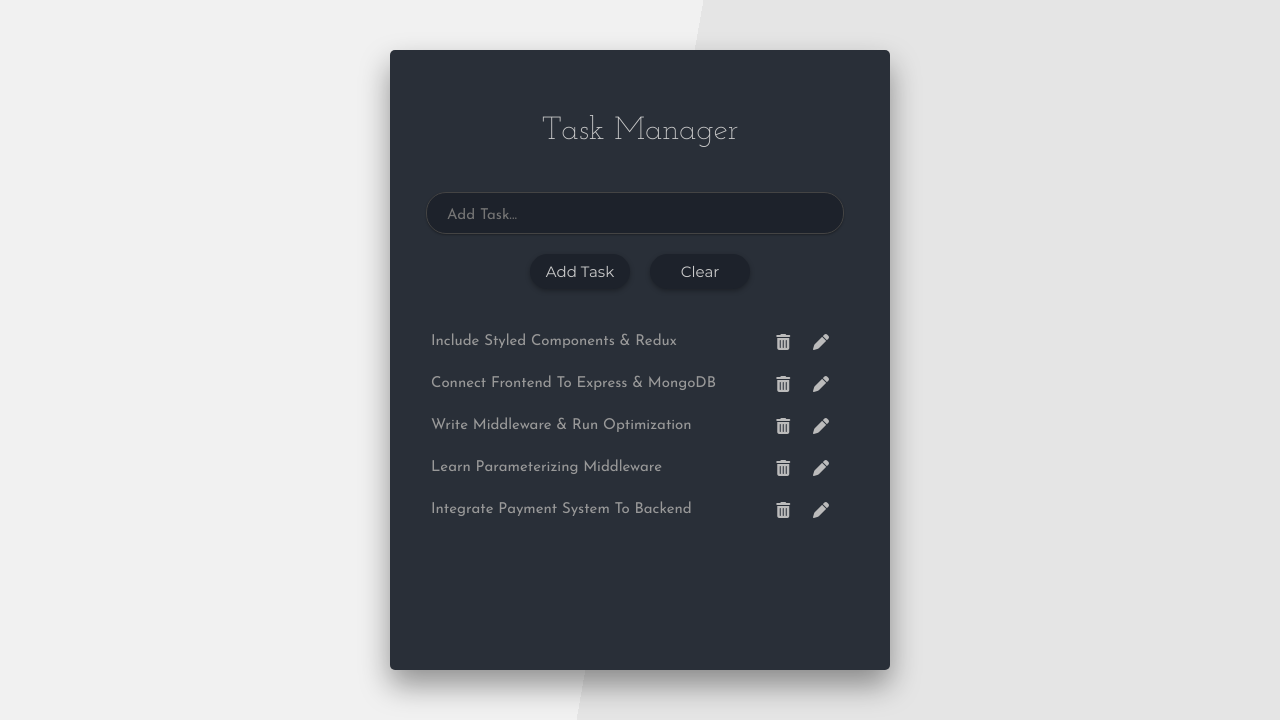
Repository: Kol124/react-task-manager
Page: /
The author's editor kept a copy of each file at every save. The page is drawn from the files as they stood at one save, then again after the next save.
The browser window is 1280 px wide. The pictures show the whole page.
Some web libraries are served in a nearby version. The project was rebuilt for these pictures with package versions that can differ from the ones it lists, and the page was loaded fresh each time.

Above is the page before, as saved 2021-06-23 12:52:45.

### public/index.html
<!DOCTYPE html>
<html lang="en">
  <head>
    <meta charset="utf-8" />
    <link rel="icon" href="%PUBLIC_URL%/favicon.ico" />
    <meta name="viewport" content="width=device-width, initial-scale=1" />
    <meta name="theme-color" content="#000000" />
    <meta
      name="description"
      content="Web site created using create-react-app"
    />
    <link rel="apple-touch-icon" href="%PUBLIC_URL%/logo192.png" />
    <!--
      manifest.json provides metadata used when your web app is installed on a
      user's mobile device or desktop. See https://developers.google.com/web/fundamentals/web-app-manifest/
    -->
    <link rel="manifest" href="%PUBLIC_URL%/manifest.json" />
    <!--
      Notice the use of %PUBLIC_URL% in the tags above.
      It will be replaced with the URL of the `public` folder during the build.
      Only files inside the `public` folder can be referenced from the HTML.

      Unlike "/favicon.ico" or "favicon.ico", "%PUBLIC_URL%/favicon.ico" will
      work correctly both with client-side routing and a non-root public URL.
      Learn how to configure a non-root public URL by running `npm run build`.
    -->
    <title>React App</title>
  </head>
  <body>
    <noscript>You need to enable JavaScript to run this app.</noscript>
    <div id="root"></div>
    <!--
      This HTML file is a template.
      If you open it directly in the browser, you will see an empty page.

      You can add webfonts, meta tags, or analytics to this file.
      The build step will place the bundled scripts into the <body> tag.

      To begin the development, run `npm start` or `yarn start`.
      To create a production bundle, use `npm run build` or `yarn build`.
    -->
  </body>
  <script
    src="https://kit.fontawesome.com/0a37ebcd2b.js"
    crossorigin="anonymous"
  ></script>
</html>

### src/App.js
import "./App.css";
import React from "react";
import Header from "./components/Header";
import TaskForm from "./components/TaskForm";
import TaskList from "./components/TaskList";
import TaskContextProvider from "./context/TaskContext";

function App() {
  return (
    <TaskContextProvider>
      <div className="container">
        <div className="app-wrapper">
          <Header />
          <div className="main">
            <TaskForm />
            <TaskList />
          </div>
        </div>
      </div>
    </TaskContextProvider>
  );
}

export default App;

### src/App.css
@import url("fonts.css");

* {
  margin: 0;
  padding: 0;
  box-sizing: inherit;
}

html {
  box-sizing: border-box;
  font-size: 62.5%;
}

.container {
  width: 100%;
  height: 100vh;
  display: flex;
  align-items: center;
  justify-content: center;
  background: linear-gradient(100deg, #f1f1f1 50%, #e5e5e5 0);
}

.app-wrapper {
  background-color: #292f38;
  width: 50rem;
  height: 620px;
  padding: 3rem;
  border-radius: 5px;
  box-shadow: 0 15px 30px rgba(0, 0, 0, 0.4);
}

.header .main-header {
  font-family: "Josefin Slab", serif;
  text-align: center;
  font-size: 3.2rem;
  color: #ccc;
  font-weight: 300;
  margin: 35px 20px 45px 20px;
}

.main {
  display: flex;
  flex-direction: column;
  align-items: space-between;
  margin-bottom: 5.5rem;
  width: 100%;
}

.form {
  display: flex;
  flex-direction: column;
  justify-content: center;
  align-items: center;
  margin-bottom: 15px;
}

.task-input {
  font-family: "Josefin Sans", serif;
  padding: 15px 10px 10px 20px;
  margin: 0 10px 10px 0;
  color: #ccc;
  width: 95%;
  outline: none;
  font-size: 15px;
  border-radius: 20px;
  border: 1px solid #444;
  background-color: #1d222b;
  box-shadow: 0 1px 2px rgba(0, 0, 0, 0.3);
}

@media only screen and (max-width: 460px) {
  html {
    font-size: 50%;
  }
}

.buttons {
  display: flex;
}

.btn {
  margin: 10px;
}

.add-task-btn {
  min-width: 100px;
  background-color: #1d222b;
  color: #ccc;
  border: none;
  font-family: "Montserrat", sans-serif;
  font-size: 1.5rem;
  border-radius: 20px;
  box-shadow: 0 2px 5px rgba(0, 0, 0, 0.3);
  outline: none;
  cursor: pointer;
}

.list {
  width: 95%;
  margin: auto;
  max-height: 300px;
  overflow: hidden;
  overflow-y: auto;
}

/* width */
::-webkit-scrollbar {
  width: 7px;
}

/* Track */
::-webkit-scrollbar-track {
  border-radius: 10px;
  background-color: #aaa;
}

/* Handle */
::-webkit-scrollbar-thumb {
  background: #444;
  border-radius: 10px;
}

.list-item {
  display: flex;
  justify-content: space-between;
  margin: 20px 0;
  padding-bottom: 5px;
}

.list-item span {
  font-family: "Josefin Sans", sans-serif;
  color: #999;
  font-size: 1.5rem;
  text-transform: capitalize;
}

.task-btn {
  cursor: pointer;
  background-color: transparent;
  border: none;
  outline: none;
}

.btn-delete i {
  font-size: 16px;
  color: #bbb;
  margin-right: 20px;
}

.btn-edit i {
  font-size: 16px;
  color: #bbb;
  margin-right: 20px;
}

.clear-btn {
  width: 100px;
  height: 35px;
  background-color: #1d222b;
  color: #ccc;
  border: none;
  font-family: "Montserrat", sans-serif;
  font-size: 1.5rem;
  border-radius: 20px;
  box-shadow: 0 2px 5px rgba(0, 0, 0, 0.3);
  outline: none;
  cursor: pointer;
}

.no-tasks {
  color: #777;
  text-align: center;
  font-family: "Montserrat", sans-serif;
  margin-top: 20px;
  font-size: 18px;
}

### src/components/Header.js
import React from "react";

const Header = () => {
  return (
    <div className="header">
      <h1 className="main-header">Task Manager</h1>
    </div>
  );
};

export default Header;

### src/components/TaskForm.js
import React, { useState, useContext, useEffect } from "react";
import { TaskContext } from "../context/TaskContext";

export default function TaskForm() {
  const { editItem, setEditItem, dispatch } = useContext(TaskContext);
  const [title, setTitle] = useState("");

  const handleSubmit = (e) => {
    e.preventDefault();
    if (editItem !== null) {
      dispatch({
        type: "EDIT_TASK",
        task: {
          title,
          id: editItem.id,
        },
      });
      setEditItem(null);
    } else {
      dispatch({
        type: "ADD_TASK",
        task: {
          title,
        },
      });
    }

    setTitle("");
  };

  useEffect(() => {
    if (editItem !== null) {
      setTitle(editItem.title);
      console.log(editItem);
    } else {
      setTitle("");
    }
  }, [editItem]);

  return (
    <form onSubmit={handleSubmit} className="form">
      <input
        type="text"
        placeholder="Add Task..."
        value={title}
        onChange={(e) => setTitle(e.target.value)}
        required
        className="task-input"
      />
      <div className="buttons">
        <button type="submit" className="btn add-task-btn">
          {editItem ? "Edit Task" : "Add Task"}
        </button>
        <button
          className="btn clear-btn"
          onClick={() => dispatch({ type: "CLEAR_TASK" })}
        >
          Clear
        </button>
      </div>
    </form>
  );
}

### src/components/TaskList.js
import React, { useContext } from "react";
import { TaskContext } from "../context/TaskContext";
import Task from "./Task";

export default function TaskList() {
  const { tasks } = useContext(TaskContext);

  return (
    <div>
      {tasks.length ? (
        <ul className="list">
          {tasks.map((task) => {
            return <Task task={task} key={task.id} />;
          })}
        </ul>
      ) : (
        <div className="no-tasks">No Tasks</div>
      )}
    </div>
  );
}

### src/context/TaskContext.js
import React, { createContext, useState, useReducer, useEffect } from "react";
import TaskReducer from "../reducer/TaskReducer";

export const TaskContext = createContext();

export default function TaskContextProvider(props) {
  const [tasks, dispatch] = useReducer(TaskReducer, [
    { title: "Include styled components & redux", id: 1 },
    { title: "Connect frontend to express & mongoDB", id: 2 },
    { title: "Write middleware & run optimization", id: 3 },
    { title: "Learn parameterizing middleware", id: 4 },
    { title: "Integrate payment system to backend", id: 5 },
  ]);
  const [editItem, setEditItem] = useState(null);

  const findItem = (id) => {
    const item = tasks.find((task) => task.id === id);
    setEditItem(item);
  };

  useEffect(() => {
    console.log(tasks);
  });

  return (
    <TaskContext.Provider
      value={{ tasks, editItem, setEditItem, findItem, dispatch }}
    >
      {props.children}
    </TaskContext.Provider>
  );
}

### src/fonts.css
/* josefin-sans-300 - latin */
@font-face {
  font-family: "Josefin Sans";
  font-style: normal;
  font-weight: 300;
  src: url("./fonts/josefin-sans-v17-latin-300.eot"); /* IE9 Compat Modes */
  src: local(""),
    url("./fonts/josefin-sans-v17-latin-300.eot?#iefix")
      format("embedded-opentype"),
    /* IE6-IE8 */ url("./fonts/josefin-sans-v17-latin-300.woff2")
      format("woff2"),
    /* Super Modern Browsers */ url("./fonts/josefin-sans-v17-latin-300.woff")
      format("woff"),
    /* Modern Browsers */ url("./fonts/josefin-sans-v17-latin-300.ttf")
      format("truetype"),
    /* Safari, Android, iOS */
      url("./fonts/josefin-sans-v17-latin-300.svg#JosefinSans") format("svg"); /* Legacy iOS */
}
/* josefin-sans-regular - latin */
@font-face {
  font-family: "Josefin Sans";
  font-style: normal;
  font-weight: 400;
  src: url("./fonts/josefin-sans-v17-latin-regular.eot"); /* IE9 Compat Modes */
  src: local(""),
    url("./fonts/josefin-sans-v17-latin-regular.eot?#iefix")
      format("embedded-opentype"),
    /* IE6-IE8 */ url("./fonts/josefin-sans-v17-latin-regular.woff2")
      format("woff2"),
    /* Super Modern Browsers */
      url("./fonts/josefin-sans-v17-latin-regular.woff") format("woff"),
    /* Modern Browsers */ url("./fonts/josefin-sans-v17-latin-regular.ttf")
      format("truetype"),
    /* Safari, Android, iOS */
      url("./fonts/josefin-sans-v17-latin-regular.svg#JosefinSans")
      format("svg"); /* Legacy iOS */
}
/* josefin-sans-600 - latin */
@font-face {
  font-family: "Josefin Sans";
  font-style: normal;
  font-weight: 600;
  src: url("./fonts/josefin-sans-v17-latin-600.eot"); /* IE9 Compat Modes */
  src: local(""),
    url("./fonts/josefin-sans-v17-latin-600.eot?#iefix")
      format("embedded-opentype"),
    /* IE6-IE8 */ url("./fonts/josefin-sans-v17-latin-600.woff2")
      format("woff2"),
    /* Super Modern Browsers */ url("./fonts/josefin-sans-v17-latin-600.woff")
      format("woff"),
    /* Modern Browsers */ url("./fonts/josefin-sans-v17-latin-600.ttf")
      format("truetype"),
    /* Safari, Android, iOS */
      url("./fonts/josefin-sans-v17-latin-600.svg#JosefinSans") format("svg"); /* Legacy iOS */
}
/* josefin-sans-700 - latin */
@font-face {
  font-family: "Josefin Sans";
  font-style: normal;
  font-weight: 700;
  src: url("./fonts/josefin-sans-v17-latin-700.eot"); /* IE9 Compat Modes */
  src: local(""),
    url("./fonts/josefin-sans-v17-latin-700.eot?#iefix")
      format("embedded-opentype"),
    /* IE6-IE8 */ url("./fonts/josefin-sans-v17-latin-700.woff2")
      format("woff2"),
    /* Super Modern Browsers */ url("./fonts/josefin-sans-v17-latin-700.woff")
      format("woff"),
    /* Modern Browsers */ url("./fonts/josefin-sans-v17-latin-700.ttf")
      format("truetype"),
    /* Safari, Android, iOS */
      url("./fonts/josefin-sans-v17-latin-700.svg#JosefinSans") format("svg"); /* Legacy iOS */
}

/* josefin-slab-300 - latin */
@font-face {
  font-family: "Josefin Slab";
  font-style: normal;
  font-weight: 300;
  src: url("./fonts/josefin-slab-v13-latin-300.eot"); /* IE9 Compat Modes */
  src: local(""),
    url("./fonts/josefin-slab-v13-latin-300.eot?#iefix")
      format("embedded-opentype"),
    /* IE6-IE8 */ url("./fonts/josefin-slab-v13-latin-300.woff2")
      format("woff2"),
    /* Super Modern Browsers */ url("./fonts/josefin-slab-v13-latin-300.woff")
      format("woff"),
    /* Modern Browsers */ url("./fonts/josefin-slab-v13-latin-300.ttf")
      format("truetype"),
    /* Safari, Android, iOS */
      url("./fonts/josefin-slab-v13-latin-300.svg#JosefinSlab") format("svg"); /* Legacy iOS */
}
/* josefin-slab-regular - latin */
@font-face {
  font-family: "Josefin Slab";
  font-style: normal;
  font-weight: 400;
  src: url("./fonts/josefin-slab-v13-latin-regular.eot"); /* IE9 Compat Modes */
  src: local(""),
    url("./fonts/josefin-slab-v13-latin-regular.eot?#iefix")
      format("embedded-opentype"),
    /* IE6-IE8 */ url("./fonts/josefin-slab-v13-latin-regular.woff2")
      format("woff2"),
    /* Super Modern Browsers */
      url("./fonts/josefin-slab-v13-latin-regular.woff") format("woff"),
    /* Modern Browsers */ url("./fonts/josefin-slab-v13-latin-regular.ttf")
      format("truetype"),
    /* Safari, Android, iOS */
      url("./fonts/josefin-slab-v13-latin-regular.svg#JosefinSlab")
      format("svg"); /* Legacy iOS */
}
/* josefin-slab-600 - latin */
@font-face {
  font-family: "Josefin Slab";
  font-style: normal;
  font-weight: 600;
  src: url("./fonts/josefin-slab-v13-latin-600.eot"); /* IE9 Compat Modes */
  src: local(""),
    url("./fonts/josefin-slab-v13-latin-600.eot?#iefix")
      format("embedded-opentype"),
    /* IE6-IE8 */ url("./fonts/josefin-slab-v13-latin-600.woff2")
      format("woff2"),
    /* Super Modern Browsers */ url("./fonts/josefin-slab-v13-latin-600.woff")
      format("woff"),
    /* Modern Browsers */ url("./fonts/josefin-slab-v13-latin-600.ttf")
      format("truetype"),
    /* Safari, Android, iOS */
      url("./fonts/josefin-slab-v13-latin-600.svg#JosefinSlab") format("svg"); /* Legacy iOS */
}
/* josefin-slab-700 - latin */
@font-face {
  font-family: "Josefin Slab";
  font-style: normal;
  font-weight: 700;
  src: url("./fonts/josefin-slab-v13-latin-700.eot"); /* IE9 Compat Modes */
  src: local(""),
    url("./fonts/josefin-slab-v13-latin-700.eot?#iefix")
      format("embedded-opentype"),
    /* IE6-IE8 */ url("./fonts/josefin-slab-v13-latin-700.woff2")
      format("woff2"),
    /* Super Modern Browsers */ url("./fonts/josefin-slab-v13-latin-700.woff")
      format("woff"),
    /* Modern Browsers */ url("./fonts/josefin-slab-v13-latin-700.ttf")
      format("truetype"),
    /* Safari, Android, iOS */
      url("./fonts/josefin-slab-v13-latin-700.svg#JosefinSlab") format("svg"); /* Legacy iOS */
}

/* montserrat-300 - latin */
@font-face {
  font-family: "Montserrat";
  font-style: normal;
  font-weight: 300;
  src: url("./fonts/montserrat-v15-latin-300.eot"); /* IE9 Compat Modes */
  src: local(""),
    url("./fonts/montserrat-v15-latin-300.eot?#iefix")
      format("embedded-opentype"),
    /* IE6-IE8 */ url("./fonts/montserrat-v15-latin-300.woff2") format("woff2"),
    /* Super Modern Browsers */ url("./fonts/montserrat-v15-latin-300.woff")
      format("woff"),
    /* Modern Browsers */ url("./fonts/montserrat-v15-latin-300.ttf")
      format("truetype"),
    /* Safari, Android, iOS */
      url("./fonts/montserrat-v15-latin-300.svg#Montserrat") format("svg"); /* Legacy iOS */
}
/* montserrat-regular - latin */
@font-face {
  font-family: "Montserrat";
  font-style: normal;
  font-weight: 400;
  src: url("./fonts/montserrat-v15-latin-regular.eot"); /* IE9 Compat Modes */
  src: local(""),
    url("./fonts/montserrat-v15-latin-regular.eot?#iefix")
      format("embedded-opentype"),
    /* IE6-IE8 */ url("./fonts/montserrat-v15-latin-regular.woff2")
      format("woff2"),
    /* Super Modern Browsers */ url("./fonts/montserrat-v15-latin-regular.woff")
      format("woff"),
    /* Modern Browsers */ url("./fonts/montserrat-v15-latin-regular.ttf")
      format("truetype"),
    /* Safari, Android, iOS */
      url("./fonts/montserrat-v15-latin-regular.svg#Montserrat") format("svg"); /* Legacy iOS */
}
/* montserrat-500 - latin */
@font-face {
  font-family: "Montserrat";
  font-style: normal;
  font-weight: 500;
  src: url("./fonts/montserrat-v15-latin-500.eot"); /* IE9 Compat Modes */
  src: local(""),
    url("./fonts/montserrat-v15-latin-500.eot?#iefix")
      format("embedded-opentype"),
    /* IE6-IE8 */ url("./fonts/montserrat-v15-latin-500.woff2") format("woff2"),
    /* Super Modern Browsers */ url("./fonts/montserrat-v15-latin-500.woff")
      format("woff"),
    /* Modern Browsers */ url("./fonts/montserrat-v15-latin-500.ttf")
      format("truetype"),
    /* Safari, Android, iOS */
      url("./fonts/montserrat-v15-latin-500.svg#Montserrat") format("svg"); /* Legacy iOS */
}

### src/components/Task.js
import React, { useContext } from "react";
import { TaskContext } from "../context/TaskContext";

export default function Task({ task }) {
  const { findItem, dispatch } = useContext(TaskContext);

  return (
    <li className="list-item">
      <span>{task.title}</span>
      <div>
        <button
          className="btn-delete task-btn"
          onClick={() =>
            dispatch({ type: "REMOVE_TASK", task: { id: task.id } })
          }
        >
          <i className="fas fa-trash-alt"></i>
        </button>{" "}
        <button className="btn-edit task-btn" onClick={() => findItem(task.id)}>
          <i className="fas fa-pen"></i>
        </button>
      </div>
    </li>
  );
}

### src/reducer/TaskReducer.js
export default function TaskReducer(tasks, action) {
  switch (action.type) {
    case "ADD_TASK":
      return [
        ...tasks,
        {
          title: action.task.title,
          id: Math.random().toString(),
        },
      ];

    case "REMOVE_TASK":
      return tasks.filter((task) => task.id !== action.task.id);

    case "EDIT_TASK":
      return tasks.map((task) =>
        task.id === action.task.id
          ? { title: action.task.title, id: action.task.id }
          : task
      );

    case "CLEAR_TASK":
      return [];

    default:
      return tasks;
  }
}

Loaded but not shown: src/index.js (common file); src/index.css (common file); src/reportWebVitals.js (common file)

After the next save:
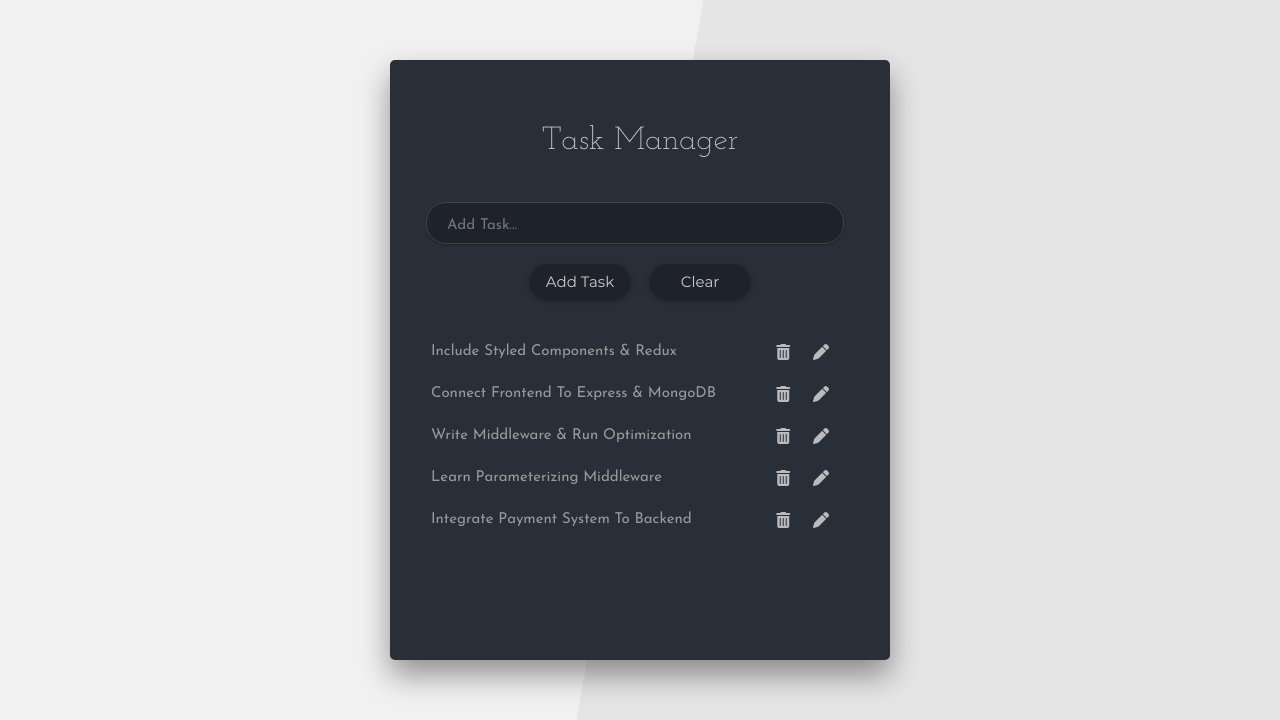
Saved 60 s later.
--- a/src/App.css
+++ b/src/App.css
@@ -23,7 +23,7 @@
 .app-wrapper {
   background-color: #292f38;
   width: 50rem;
-  height: 620px;
+  height: 60rem;
   padding: 3rem;
   border-radius: 5px;
   box-shadow: 0 15px 30px rgba(0, 0, 0, 0.4);

After the save that followed:
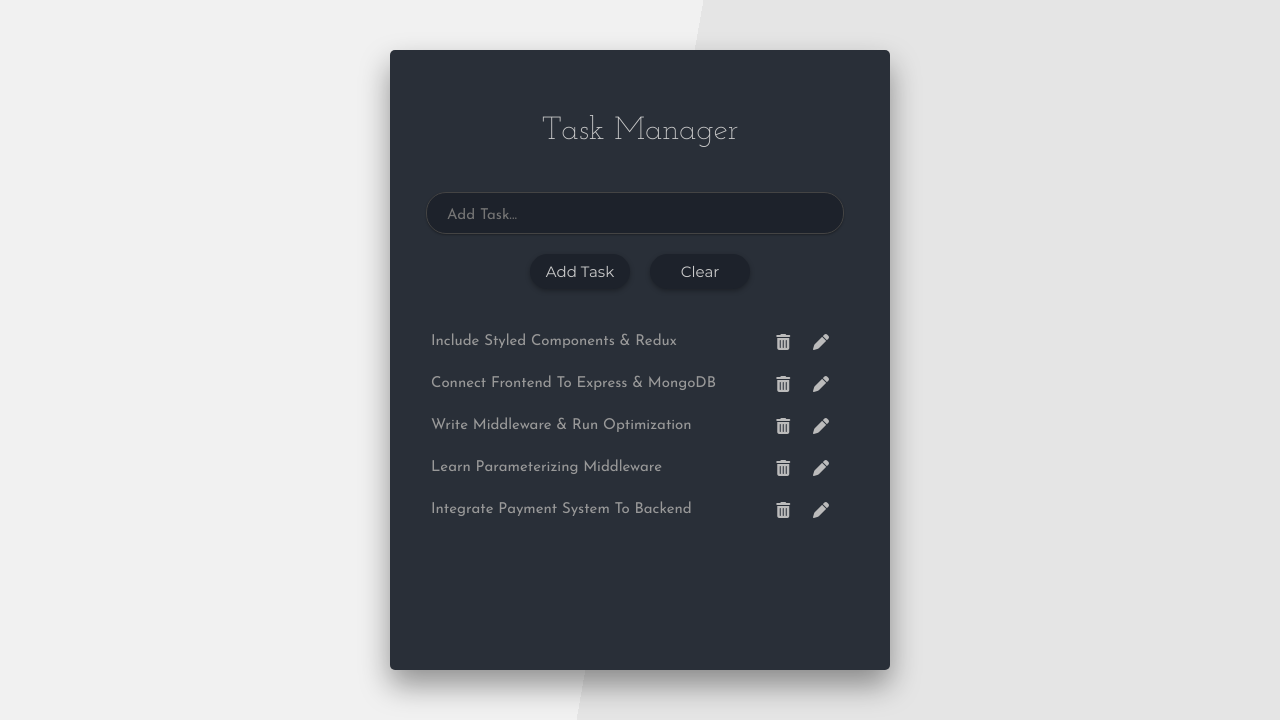
Saved 11 s later.
--- a/src/App.css
+++ b/src/App.css
@@ -23,7 +23,7 @@
 .app-wrapper {
   background-color: #292f38;
   width: 50rem;
-  height: 60rem;
+  height: 62rem;
   padding: 3rem;
   border-radius: 5px;
   box-shadow: 0 15px 30px rgba(0, 0, 0, 0.4);
